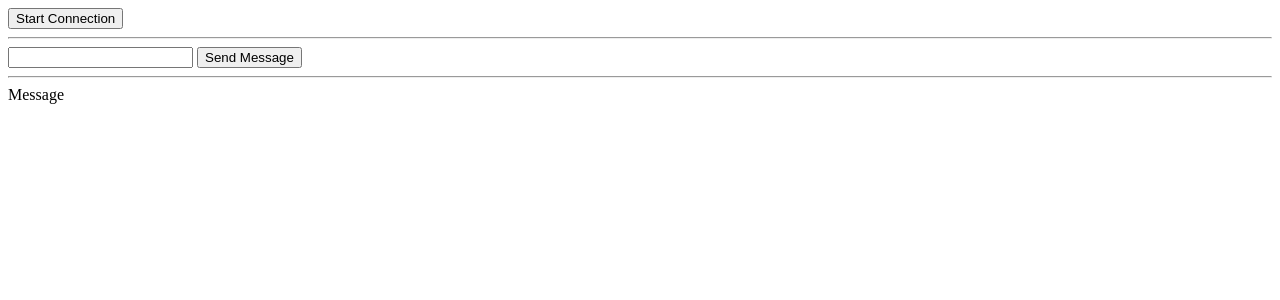
Repository: fgh64hfhk/webworkspace
Page: eeit82_web/src/main/webapp/web60.html
These files come from the project's save history. The page is drawn as it stood at one moment and after the next save; the edit follows.
The browser window is 1280 px wide. The pictures show the whole page.

Above is the page before, as saved 2024-05-13 01:34:28.

After the next save:
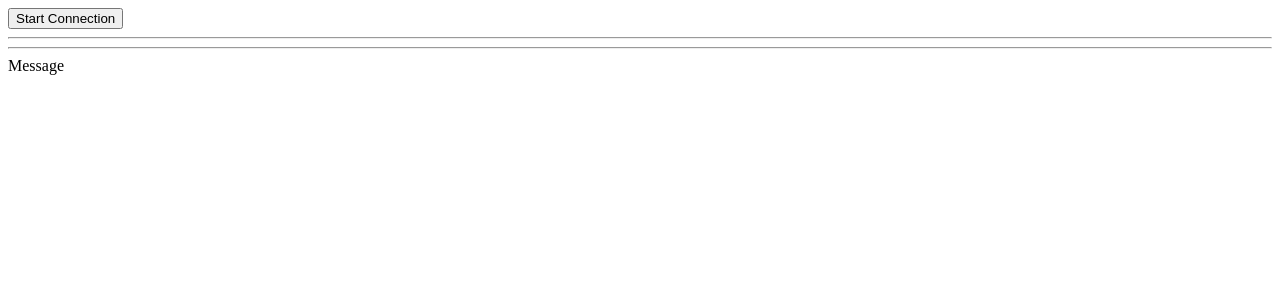
Saved 5 min 43 s later.
--- a/eeit82_web/src/main/webapp/web60.html
+++ b/eeit82_web/src/main/webapp/web60.html
@@ -11,7 +11,7 @@
 			<button id="start">Start Connection</button>
 		</div>
 		<hr>
-		<div id="message_div">
+		<div id="message_div" style="display: none">
 			<input id="message" />
 			<button id="send">Send Message</button>
 		</div>
